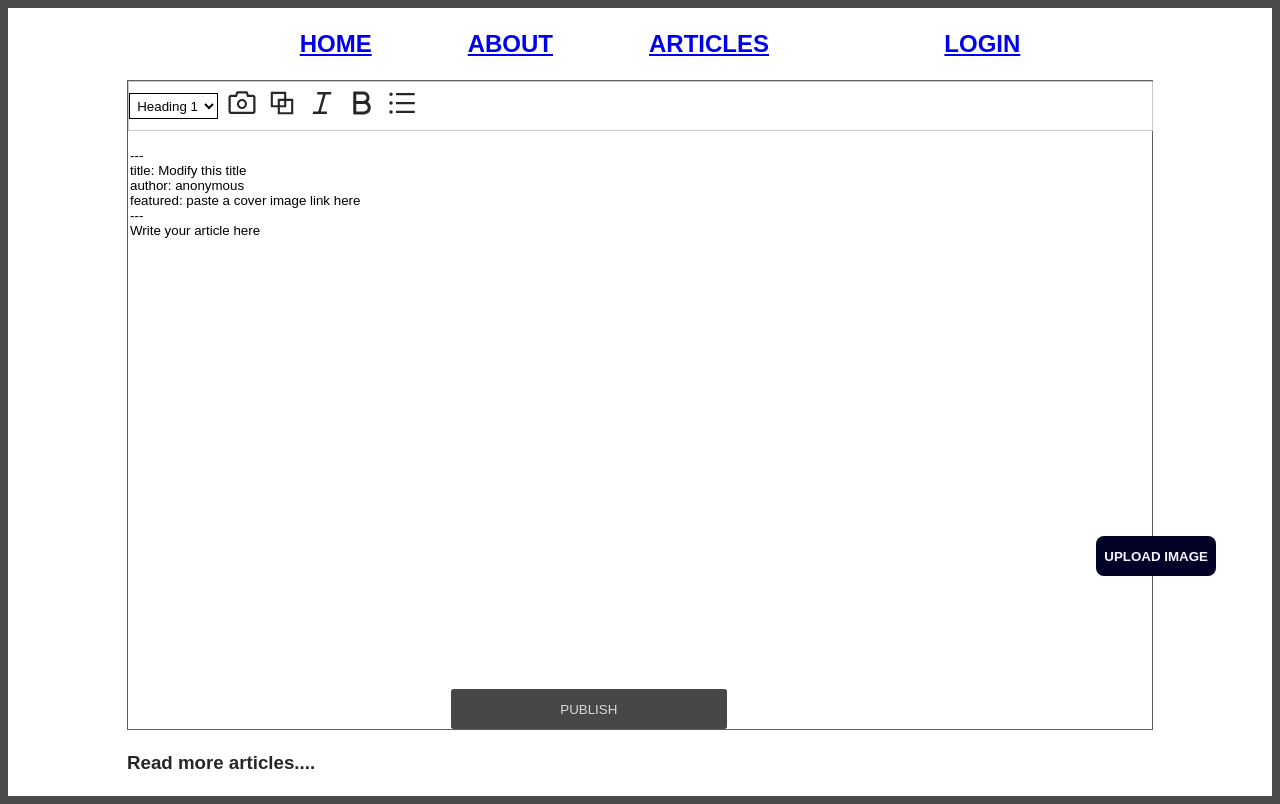
Repository: ValGrace/-static-site
Page: /articles (app in client/)
The author's editor kept a copy of each file at every save. The page is drawn from the files as they stood at one save, then again after the next save.
The browser window is 1280 px wide. The pictures show the whole page.
The page's requests for data from a server got no answer. The project was rebuilt for these pictures with package versions that can differ from the ones it lists, and the page was loaded fresh each time. No one was signed in, and anything a server would have sent is missing. Also part of the build but not shown: client/vite.config.js, client/src/Components/Login.jsx, client/src/Components/Signup.jsx, client/src/Components/MidSection.jsx, client/src/Components/HomeSection.jsx, client/src/Components/TopSection.jsx, client/src/MdFiles/MdFileContext.js, client/src/Pages/HomePage.jsx and 1 more.

Above is the page before, as saved 2023-07-01 17:06:46.

After the next save:
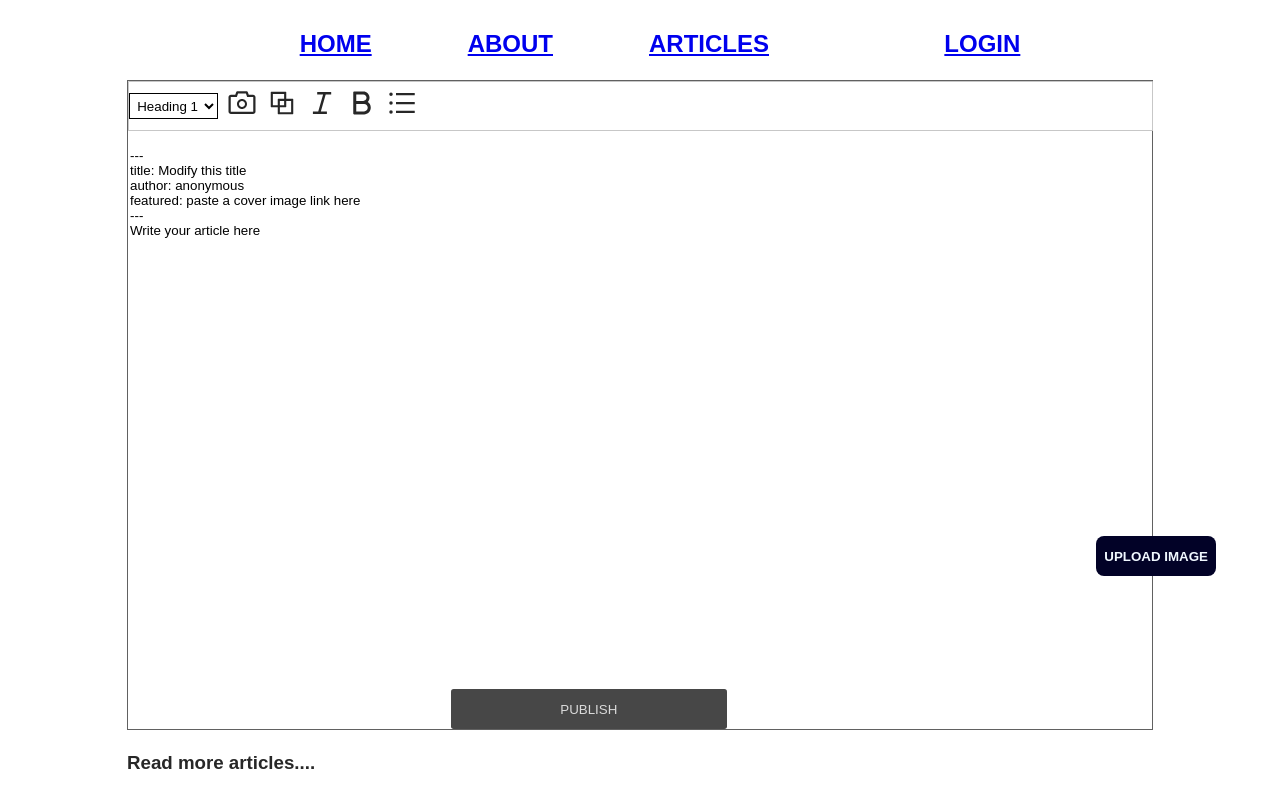
Saved 89 s later.
--- a/client/src/index.css
+++ b/client/src/index.css
@@ -5,7 +5,7 @@
 
   color-scheme: light dark;
   color: rgba(7, 7, 7, 0.87);
-  background-color: #000000b4;
+  /* background-color: #000000b4; */
   padding: 0;
   margin: 0;
   font-synthesis: none;
